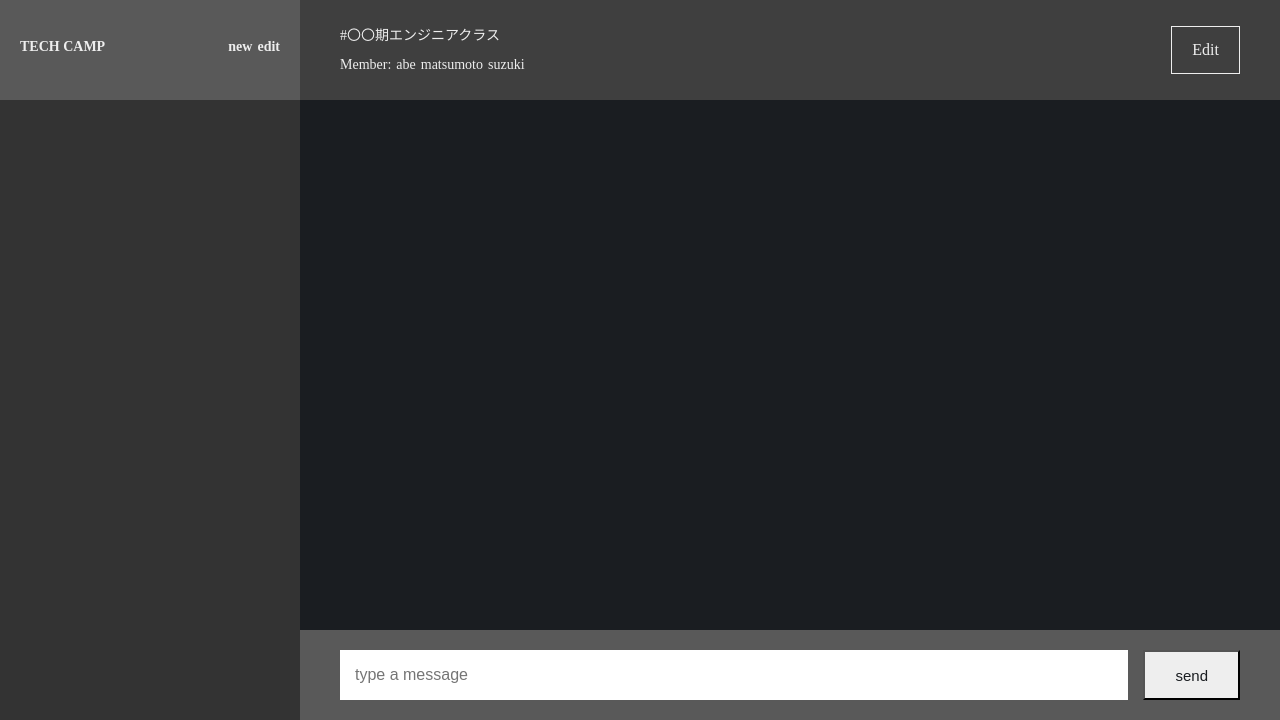
Repository: m-mao/firsa_app
Page: html_css/chat-app/index.html
The author's editor kept a record of every edit. The page is drawn from the files as they stood at one moment, then again after the next edit.
The browser window is 1280 px wide. The pictures show the whole page.

Above is the page before.

### html_css/chat-app/index.html
<!DOCTYPE html>
<html>
<head>
    <meta charset="UTF-8">
    <link rel="stylesheet" href="reset.css">
    <link rel="stylesheet" href="style.css">
    <title>chat-app</title>
</head>
<body>
    <div class="wrapper">
        <div class="chat-side">
            <div class="side-header">
                <div class="side-box">
                    <p class="user-name">TECH CAMP</p>
                    <div class="menu">
                        <div class="new-group"><a href="#">new</a></div>
                        <div class="edit-user"><a href="#">edit</a></div>
                    </div>
                </div>
            </div>
            <div class="groups">
            </div>
        </div>
        <div class="chat-main">
            <div class="main-header">
                <div class="header-leftbox">
                    <h2 class="current-group">#〇〇期エンジニアクラス</h2>
                    <ul class="member-list">Member:
                        <li class="member">abe</li>
                        <li class="member">matsumoto</li>
                        <li class="member">suzuki</li>
                    </ul>
                </div>
                <a class="edit-btn" href="#">Edit</a>
            </div>
            <div class="messages">
            </div>
            <div class="forms">
                <form class="new-message">
                    <input class="input-text" type="text" placeholder="type a message">
                    <input class="submit-btn" type="submit" value="send">
                </form>
            </div>
        </div>
    </div>
</body>
</html>

### html_css/chat-app/reset.css
/* http://meyerweb.com/eric/tools/css/reset/
   v2.0 | 20110126
   License: none (public domain)
*/

html, body, div, span, applet, object, iframe,
h1, h2, h3, h4, h5, h6, p, blockquote, pre,
a, abbr, acronym, address, big, cite, code,
del, dfn, em, img, ins, kbd, q, s, samp,
small, strike, strong, sub, sup, tt, var,
b, u, i, center,
dl, dt, dd, ol, ul, li,
fieldset, form, label, legend,
table, caption, tbody, tfoot, thead, tr, th, td,
article, aside, canvas, details, embed,
figure, figcaption, footer, header, hgroup,
menu, nav, output, ruby, section, summary,
time, mark, audio, video {
	margin: 0;
	padding: 0;
	border: 0;
	font-size: 100%;
	font: inherit;
	vertical-align: baseline;
}
/* HTML5 display-role reset for older browsers */
article, aside, details, figcaption, figure,
footer, header, hgroup, menu, nav, section {
	display: block;
}

* {
	box-sizing: border-box;
}

html {
  font-size: 62.5%;
}

body {
	line-height: 1;
	font-size: 1.4rem;
}

ol, ul {
	list-style: none;
}
blockquote, q {
	quotes: none;
}
blockquote:before, blockquote:after,
q:before, q:after {
	content: '';
	content: none;
}
table {
	border-collapse: collapse;
	border-spacing: 0;
}

### html_css/chat-app/style.css
.wrapper {
 height: 100vh;
 display: flex;
}

.chat-side {
 width: 300px;
 background-color: #333333;
}

.side-header {
 height: 100px;
 background-color: #595959;
 display: flex;
 align-items: center;
}

.groups {
 height: class(100vh - 100px);
 background-color: #333333;
}

.chat-main {
 width: calc(100% - 300px);
 background-color: #1a1d21;
}

.main-header {
 height: 100px;
 background-color: #3f3f3f;
 display: flex;
 justify-content: space-between;
 align-items: center;
 padding: 0 40px;
}

.messages {
 height: calc(100vh - 190px);
 background-color: #1a1d21;
}

.forms {
 height: 90px;
 background-color: #595959;
 padding: 20px 40px;
}

.side-box {
 width: 260px;
 height: 20px;
 margin: 0 20px;
 display: flex;
 justify-content: space-between;
 font-weight: bold;
}

.user-name {
 color: #eeeeee;
}

a {
 text-decoration: none;
 color: #eeeeee;
}

.menu {
 display: flex;
}

.new-group {
 margin-right: 5px;
}

.current-group {
 color: #eeeeee;
 margin-bottom: 15px;
 size: 20px;
}

.header-leftbox {
 flex-direction: colomn;
}

.member-list {
 color: #eeeeee;
 size: 12px;
 display: flex;
}

.member {
 margin-left: 5px;
}

.edit-btn {
 font-size: 16px;
 border: 1px solid #eeeeee;
 padding: 15px 20px;
}

.new-message {
 display: flex;
}

.input-text {
 height: 50px;
 width: 100%;
 padding: 0 15px;
 color: #434a54;
 font-size: 16px;
 border-style: none;
}

.submit-btn {
 width: 100px;
 height: 50px;
 padding: 0 30px;
 background-color: #eeeeee;
 color: #1a1d21;
 font-size: 15px;
 margin-left: 15px;
}

After the next edit:
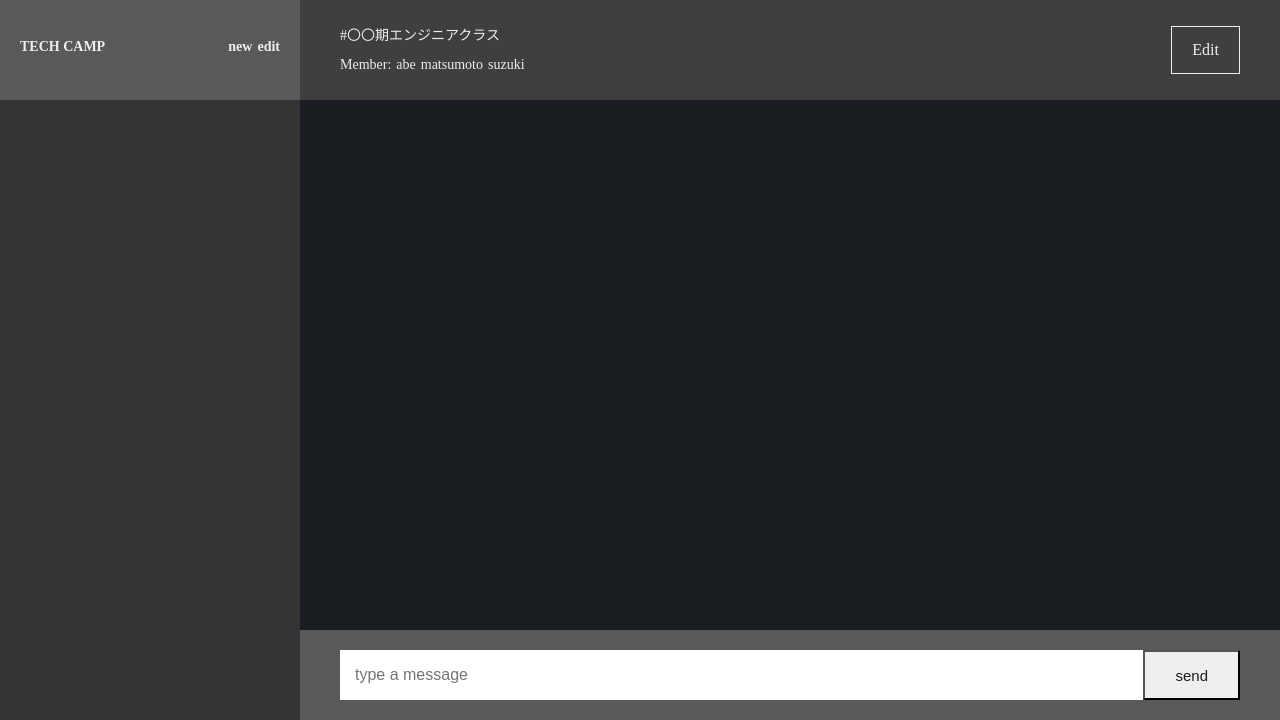
The edit:
--- a/html_css/chat-app/style.css
+++ b/html_css/chat-app/style.css
@@ -117,5 +117,4 @@
  background-color: #eeeeee;
  color: #1a1d21;
  font-size: 15px;
- margin-left: 15px;
 }

After the edit that followed:
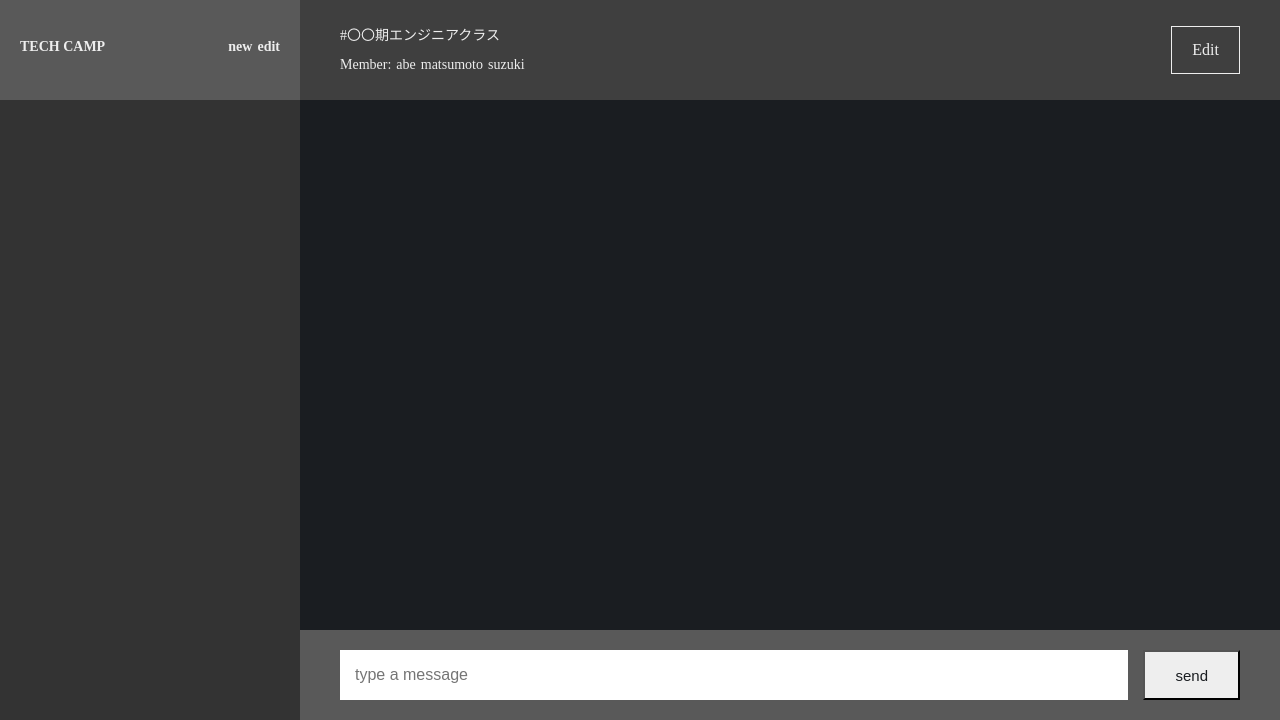
The edit:
--- a/html_css/chat-app/style.css
+++ b/html_css/chat-app/style.css
@@ -117,4 +117,5 @@
  background-color: #eeeeee;
  color: #1a1d21;
  font-size: 15px;
+ margin-left: 15px;
 }
